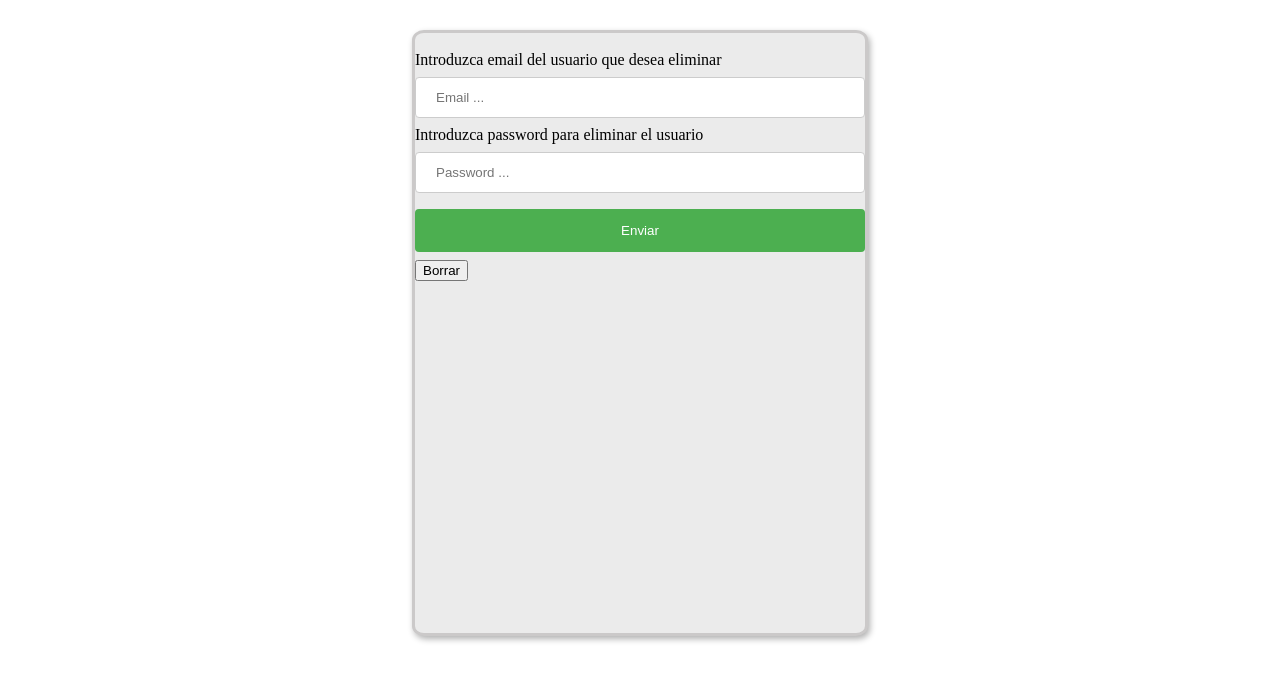
Repository: nachmz42/ProyectoJoker
Page: http://localhost/Joker/eliminarusuario.jsp
The author's editor kept a copy of each file at every save. The page is drawn from the files as they stood at one save, then again after the next save.
The browser window is 1280 px wide. The pictures show the whole page.
The page is served by Tomcat 9. Other server files are loaded and not shown.

Above is the page before, as saved 2021-07-02 11:19:29.

### Joker/src/main/webapp/eliminarusuario.jsp
<%@ page language="java" contentType="text/html; charset=ISO-8859-1"
    pageEncoding="ISO-8859-1"%>
<!DOCTYPE html>
<html>
<head>
<meta charset="ISO-8859-1">
<title>Insert title here</title>
<link rel="stylesheet" href="STYLE/css/eliminarusuario.css"></link>
</head>
<body>


<div class= "testbox">
  <form action="/Joker/ServletEliminarusuario" method="post"><br>

  	<label for="email">Introduzca email del usuario que desea eliminar</label>
    <input type="email" id="email" name="email" placeholder="Email ..." required><br>

    <label for="password">Introduzca password para eliminar el usuario</label>
    <input type="text" id="password" name="password" placeholder="Password ..." required><br>

    <input type="submit" value="Enviar"><br>
    <input type="reset" value="Borrar"><br>
  </form>
</div>





</body>
</html>

### Joker/src/main/webapp/STYLE/css/eliminarusuario.css
@charset "ISO-8859-1";


input[type=text], select {
  width: 100%;
  padding: 12px 20px;
  margin: 8px 0;
  display: inline-block;
  border: 1px solid #ccc;
  border-radius: 4px;
  box-sizing: border-box;
}

input[type=email], select {
  width: 100%;
  padding: 12px 20px;
  margin: 8px 0;
  display: inline-block;
  border: 1px solid #ccc;
  border-radius: 4px;
  box-sizing: border-box;
}

input[type=submit] {
  width: 100%;
  background-color: #4CAF50;
  color: white;
  padding: 14px 20px;
  margin: 8px 0;
  border: none;
  border-radius: 4px;
  cursor: pointer;
}

input[type=submit]:hover {
  background-color: #45a049;
}

.testbox {
  margin: 30px auto;
  width: 450px;
  height: 600px;
  -webkit-border-radius: 12px/9px;
  -moz-border-radius: 12px/9px;
  border-radius: 12px/10px;
  background-color: #ebebeb;
  -webkit-box-shadow: 2px 3px 6px rgba(0,0,0,.31);
  -moz-box-shadow: 2px 3px 6px rgba(0,0,0,.31);
  box-shadow: 2px 3px 6px rgba(0,0,0,.31);
  border: solid 3px #cbc9c9;
}

After the next save:
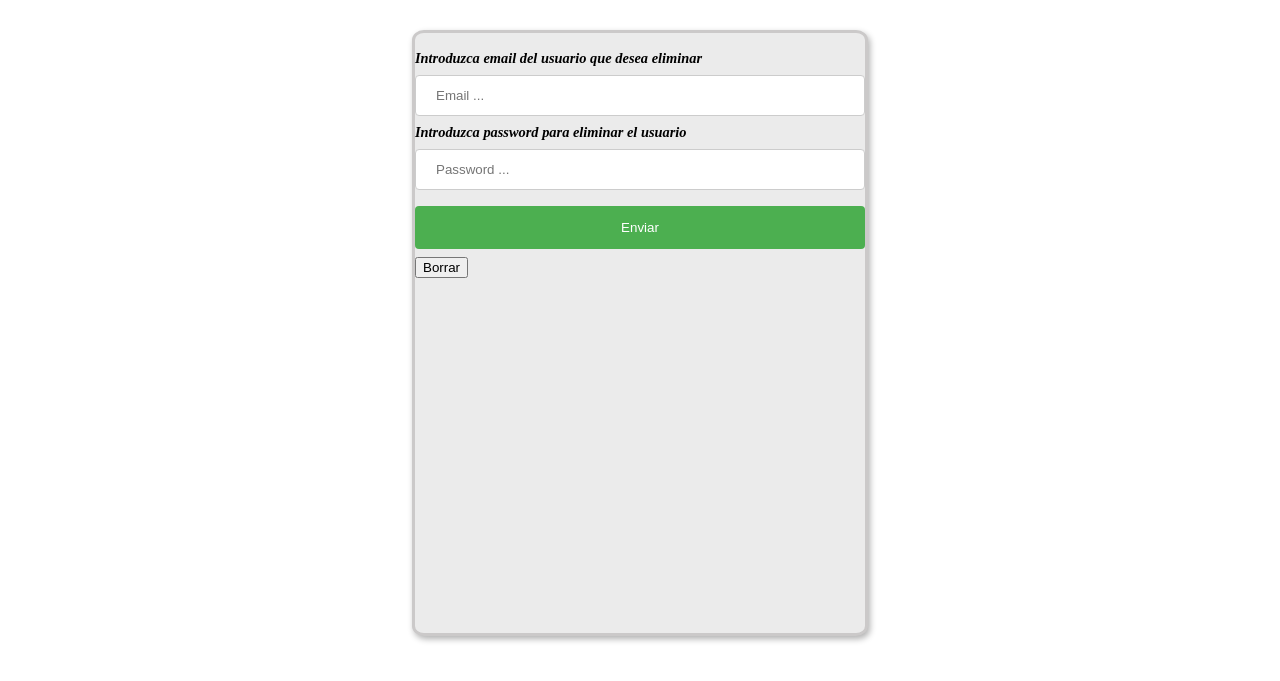
Saved 4 min 18 s later.
--- a/Joker/src/main/webapp/STYLE/css/eliminarusuario.css
+++ b/Joker/src/main/webapp/STYLE/css/eliminarusuario.css
@@ -48,4 +48,11 @@ input[type=submit]:hover {
   -moz-box-shadow: 2px 3px 6px rgba(0,0,0,.31);
   box-shadow: 2px 3px 6px rgba(0,0,0,.31);
   border: solid 3px #cbc9c9;
+  font: oblique bold 90% cursive;
 }
+
+.form2 {
+    Text-align: left;
+    width: 350px;
+    margin-left: 50px;
+}
